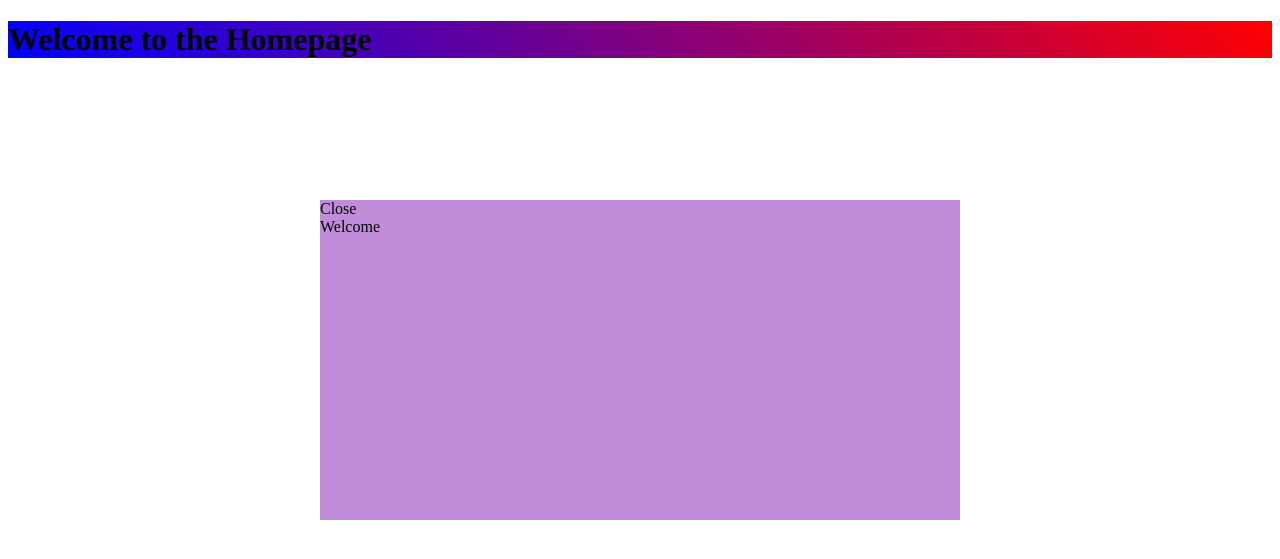
Repository: juliet-jskim/week9-popup-MDIA2109
Page: /
These files come from the project's save history. The page is drawn as it stood at one moment and after the next save; the edit follows.
The browser window is 1280 px wide. The pictures show the whole page.
The project was rebuilt for these pictures with package versions that can differ from the ones it lists, and the page was loaded fresh each time. The framework's server and built-in components were replaced by stand-ins that run in the browser. Also part of the build but not shown: next.config.js.

Above is the page before, as saved 2023-02-27 10:05:47.

### pages/index.js
import Head from 'next/head'
import Image from 'next/image'
import styles from '@/styles/Home.module.css'
import Ad from '@/components/Ad'


export default function Home() {
  return (
    <>
      <Head>
        <title>Create Next App</title>
        <meta name="description" content="Generated by create next app" />
        <meta name="viewport" content="width=device-width, initial-scale=1" />
        <link rel="icon" href="/favicon.ico" />
      </Head>
      <main className={styles.main}>
        <h1>Welcome to the Homepage</h1>
        <Ad/>
      </main>
    </>
  )
}

### styles/globals.css
:root {

}

### styles/Home.module.css
.main {
  font-family: lust;
  background:linear-gradient(45deg, blue, red);
}

### components/Ad/index.js
import { useState } from "react"
import styles from './Ad.module.css'

export default function Ad() {

    const [popup, setPopup] = useState(true); //if theres only 2 different values, e.g yes/no, you can use boolean values


    return (
        <>
        {
            popup ?
            <div className={styles.container}>
                    <div className={styles.popup__area}>
                        <div onClick={() => setPopup(false)}>Close</div>
                        Welcome
                    </div>
            </div>
            : <></> //if false, it will show up empty
        }
        </>
    )
}

### components/Ad/Ad.module.css
.container {
    background-color: rgba(20,20,20,20 0.8);
    position: absolute;
    top: 0px;
    right: 0px;
    bottom: 0px;
    left:0px;
    font-family: montserrat;
}

.popup__area {
    margin: 0px;
    background: rgb(193, 141, 219);
    position: absolute;
    height: 20rem;
    width: 40rem;
    top:50%;
    left:50%;
    margin-right: -50%;
    transform: translate(-50%, -50%);
}

Loaded but not shown: pages/_app.js (common file); pages/_document.js (common file)

After the next save:
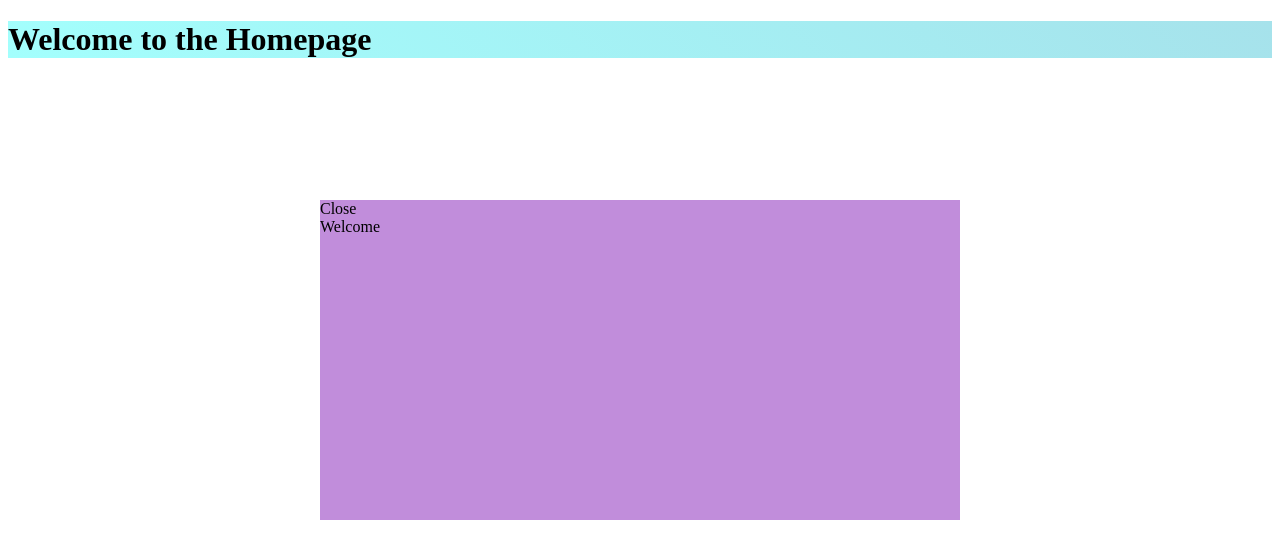
Saved 21 s later.
--- a/styles/Home.module.css
+++ b/styles/Home.module.css
@@ -1,4 +1,4 @@
 .main {
   font-family: lust;
-  background:linear-gradient(45deg, blue, red);
+  background:linear-gradient(45deg, rgb(163, 255, 253), rgb(166, 226, 235));
 }
